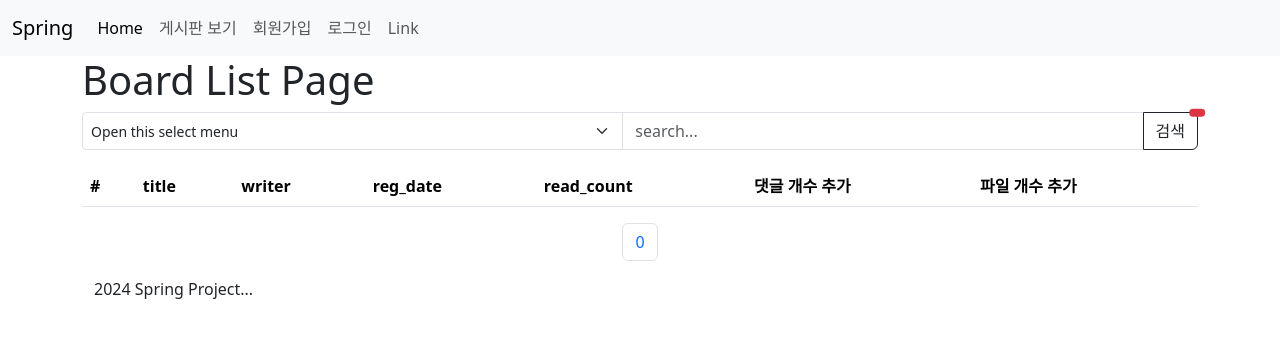
Repository: oco0217/springTest240430
Page: http://localhost/spring_study/WEB-INF/views/board/list.jsp
The author's editor kept a copy of each file at every save. The page is drawn from the files as they stood at one save, then again after the next save.
The browser window is 1280 px wide. The pictures show the whole page.
The page is served by Tomcat 9. Nobody is signed in. The template is opened directly, without the code that normally fills it, so the values that code supplies are empty.

Above is the page before, as saved 2024-04-30 03:10:02.

After the next save:
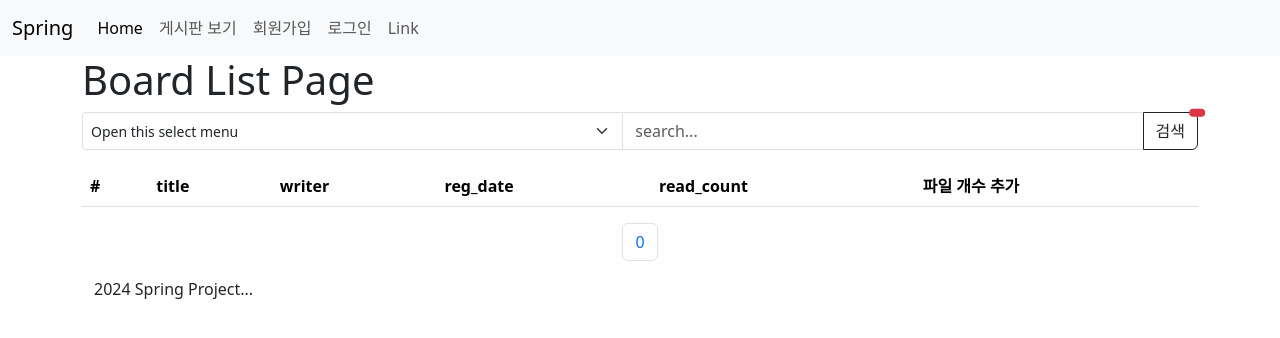
Saved 4 min 28 s later.
--- a/spring_study/src/main/webapp/WEB-INF/views/board/list.jsp
+++ b/spring_study/src/main/webapp/WEB-INF/views/board/list.jsp
@@ -43,7 +43,6 @@
 				<th>writer</th>
 				<th>reg_date</th>
 				<th>read_count</th>
-				<th>댓글 개수 추가</th>
 				<th>파일 개수 추가</th>
 			</tr>
 		</thead>
